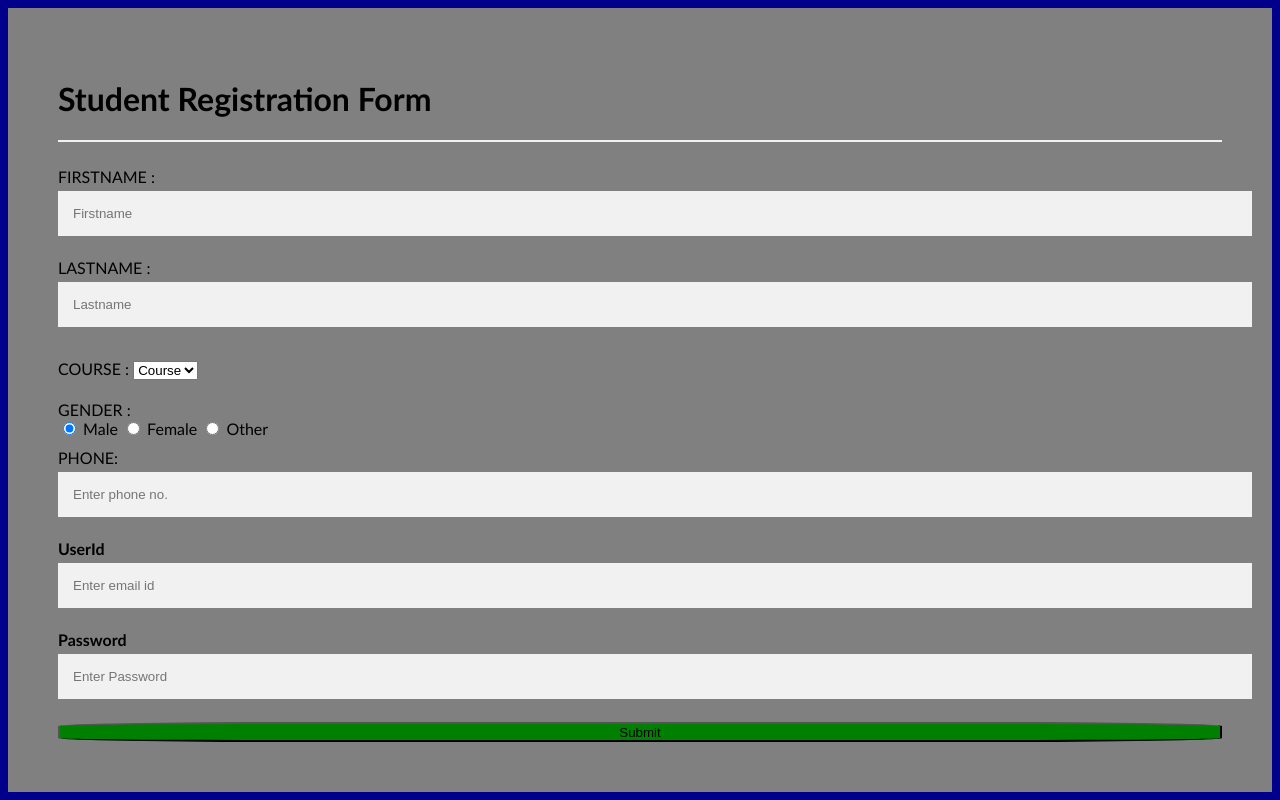
Repository: MriOj/OnlineExamPortal
Page: http://localhost/ExamPortal/sregister.jsp
The author's editor kept a copy of each file at every save. The page is drawn from the files as they stood at one save, then again after the next save.
The browser window is 1280 px wide. The pictures show the whole page.
The page is served by Tomcat 9. Other server files are loaded and not shown.

Above is the page before, as saved 2021-09-06 11:13:48.

### ExamPortal/src/main/webapp/sregister.jsp
<%@ page language="java" contentType="text/html; charset=ISO-8859-1"
    pageEncoding="ISO-8859-1"%>
<!DOCTYPE html>
<html>
<head>
<meta charset="ISO-8859-1">
<title>Insert title here</title>
<link rel="stylesheet" href="css/sregister.css">
</head>
<body>
<form action="/sregisterconf" method="post" >
    <div class="container">
      <h1> Student Registration Form</h1>
      <hr>
      <label> FIRSTNAME : </label>
        <input type="text" name="firstname" placeholder= "Firstname" required />

      <label> LASTNAME : </label>
      <input type="text" name="lastname" placeholder="Lastname" required />
    <div>
    <label>COURSE :</label>

    <select name="course">
        <option value="course" >Course</option>
        <option value="BCA" >BCA</option>
        <option value="B.Tech" >B.Tech</option>
        <option value="MBA" >MBA</option>
        <option value="M.Tech" >M.Tech</option>
    </select>
    </div>
    <div>
    <label>
    GENDER :
    </label><br>
    <input type="radio" value="Male" name="gender" checked > Male
    <input type="radio" value="Female" name="gender"> Female
    <input type="radio" value="Other" name="gender"> Other

    </div>
    <label>
    PHONE:
    </label>
    <input type="text" name="phone" placeholder="Enter phone no." size="10" required>

    <label for="emailid"><b>UserId</b></label>
    <input type="text" placeholder="Enter email id" name="emailid" required>

    <label for="psw"><b>Password</b></label>
    <input type="password" placeholder="Enter Password" name="password" required>

    <input type="submit" value="Submit" onClick="registered()" height="50" width="50">
     </div>
</form>
</body>
</html>

### ExamPortal/src/main/webapp/css/sregister.css
body{
  font-family: Calibri, Helvetica, sans-serif;
  background-color: darkblue;
}
.container {
    padding: 50px;
  background-color:grey;
}

input[type=number], input[type=text],input[type=password] {
  width: 100%;
  padding: 15px;
  margin: 5px 0 22px 0;
  display: inline-block;
  border: none;
  background: #f1f1f1;
}
 div {
            padding: 10px 0;
         }
hr {
  border: 1px solid #f1f1f1;
  margin-bottom: 25px;
}
input[type=submit]{
	 background: green;
	 width:100%;
	 height:20px;
	 border-radius:20%;
}

After the next save:
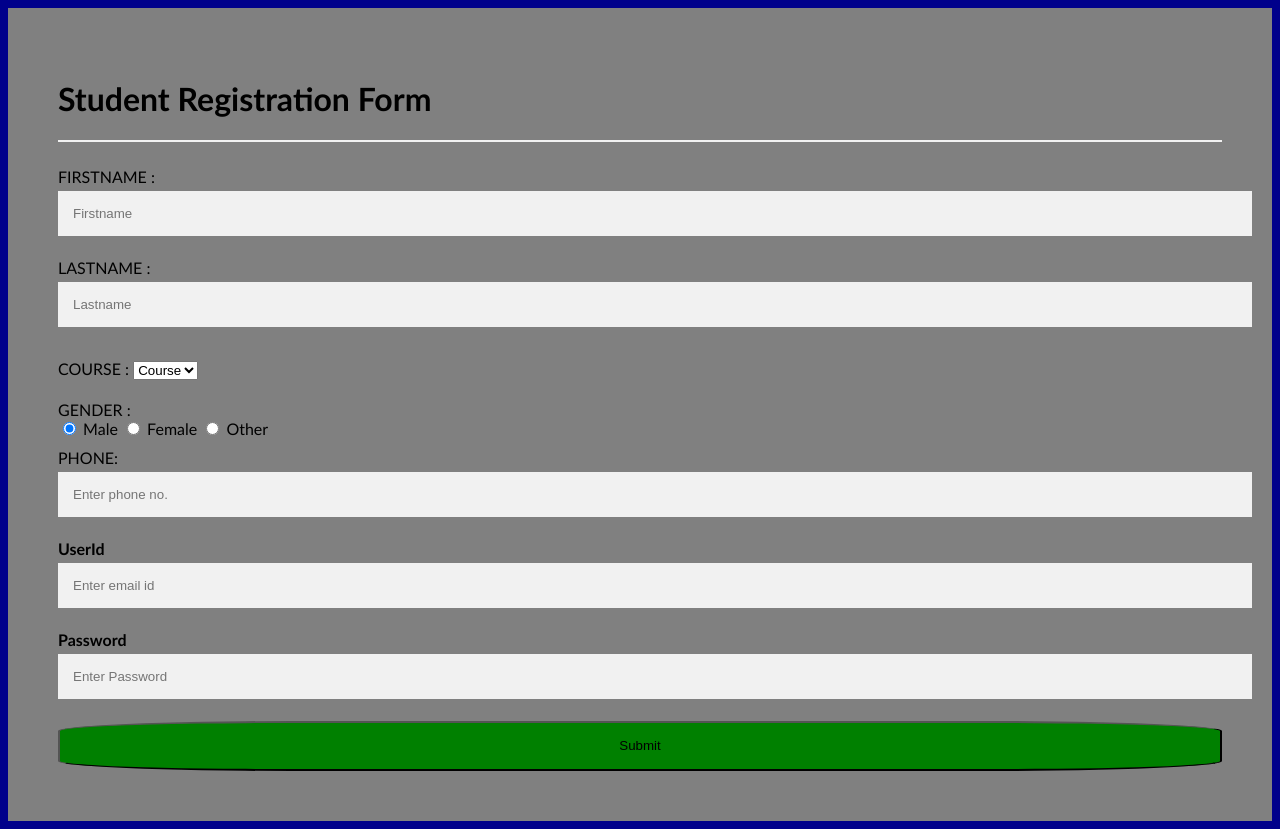
Saved 10 s later.
--- a/ExamPortal/src/main/webapp/css/sregister.css
+++ b/ExamPortal/src/main/webapp/css/sregister.css
@@ -25,6 +25,6 @@ hr {
 input[type=submit]{
 	 background: green;
 	 width:100%;
-	 height:20px;
+	 height:50px;
 	 border-radius:20%;
 }
